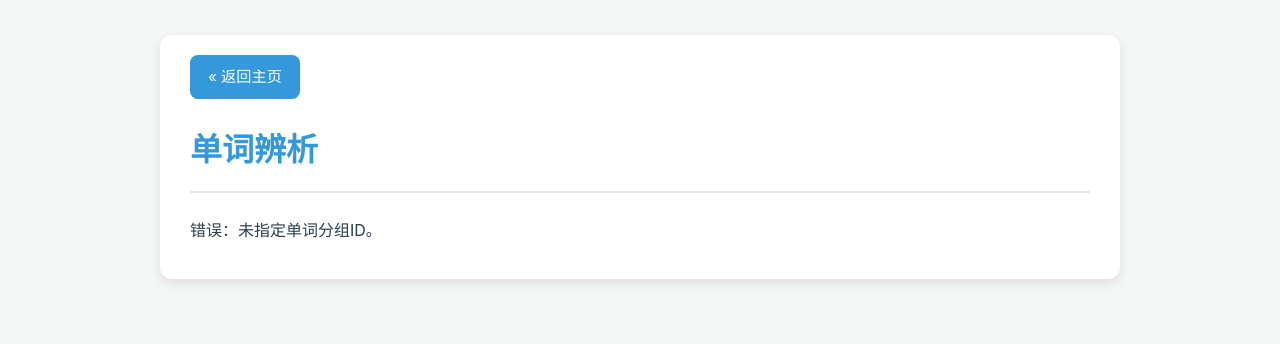
Repository: taiji666/WordLearn
Page: src/templates/discrimination_page.html
The author's editor kept a copy of each file at every save. The page is drawn from the files as they stood at one save, then again after the next save.
The browser window is 1280 px wide. The pictures show the whole page.

Above is the page before, as saved 2025-05-22 15:31:10.

### src/templates/discrimination_page.html
<!DOCTYPE html>
<html lang="zh-CN">
<head>
    <meta charset="UTF-8">
    <meta name="viewport" content="width=device-width, initial-scale=1.0">
    <title>单词辨析</title>
    <link rel="stylesheet" href="static/style.css"> <style>
        /* 引入更通用的字体，并设置基础字体大小 */
        body {
            font-family: -apple-system, BlinkMacSystemFont, "Segoe UI", Roboto, "Helvetica Neue", Arial, "Noto Sans", sans-serif, "Apple Color Emoji", "Segoe UI Emoji", "Segoe UI Symbol", "Noto Color Emoji";
            line-height: 1.6; /* 增加行高以提高可读性 */
            padding: 15px; /* 调整移动端边距 */
            background-color: var(--page-bg, #f4f7f6); /* 添加一个页面背景色变量，如果未定义则使用默认值 */
            color: var(--primary-text, #333); /* 基础文字颜色 */
        }

        .discrimination-container {
            max-width: 900px;
            margin: 20px auto; /* 调整外边距 */
            background-color: var(--container-bg, #fff);
            padding: 20px 30px; /* 调整内边距 */
            border-radius: var(--border-radius-lg, 12px); /* 增加圆角 */
            box-shadow: var(--box-shadow-medium, 0 4px 12px rgba(0,0,0,0.08)); /* 调整阴影使其更柔和 */
        }

        .discrimination-container h1 {
            color: var(--primary-color, #007bff);
            border-bottom: 2px solid var(--border-color, #eee); /* 加粗底部边框 */
            padding-bottom: 15px;
            margin-top: 0; /* 移除h1的默认顶部外边距，使其更贴近容器顶部 */
            margin-bottom: 25px; /* 增加与下方内容的间距 */
            font-size: 2em; /* 调整标题大小 */
        }

        .discrimination-word {
            margin-bottom: 35px; /* 增加单词条目间的间距 */
            padding-bottom: 25px; /* 增加单词条目内的底部内边距 */
            border-bottom: 1px solid var(--light-bg-accent, #e9ecef);
        }

        .discrimination-word:last-child {
            border-bottom: none;
            margin-bottom: 0;
        }

        .discrimination-word h2 {
            font-size: 1.6em; /* 调整二级标题大小 */
            color: var(--accent-color, #fd7e14);
            margin-top: 0; /* 移除默认顶部外边距 */
            margin-bottom: 12px;
        }

        .discrimination-section-title {
            font-weight: 600; /* 稍微加粗 */
            color: var(--primary-text, #2c3e50);
            margin-top: 20px;
            margin-bottom: 8px;
            font-size: 1.15em; /* 调整小节标题大小 */
        }

        .discrimination-content {
            white-space: pre-wrap;
            padding-left: 0; /* 移除左侧内边距，或根据需要调整 */
            color: var(--secondary-text, #555);
            line-height: 1.75; /* 进一步增加内容行高 */
            font-size: 1em; /* 确保内容字体大小适中 */
        }

        /* 针对辨析详情内的项目进行样式调整 */
        .discrimination-details-container .discrimination-detail-item {
            margin-bottom: 8px; /* 增加辨析项目间距 */
            padding: 8px;
            background-color: var(--light-bg, #f8f9fa); /* 为每个辨析项添加一个浅色背景 */
            border-radius: var(--border-radius-sm, 4px);
        }
        .discrimination-details-container .discrimination-detail-item strong {
            color: var(--primary-color, #007bff); /* 使辨析项的key更突出 */
        }
        /* 如果有 <item> 标签，可以为其添加样式 */
        .discrimination-content item, .discrimination-detail-item item {
            display: inline-block;  /* 根据需要调整 */
            padding: 2px 5px;
            background-color: #e9ecef; /* 背景色 */
            margin: 2px; /* 间距 */
            border-radius: 3px;
            color: var(--text-on-accent-bg, #495057); /* 确保 item 文本颜色与背景对比清晰
        }


        .error-message {
            color: var(--danger-color, red); /* 使用变量 */
            font-weight: bold;
            padding: 10px;
            border: 1px solid var(--danger-color-light, #ffdddd);
            background-color: var(--danger-bg-light, #fff5f5);
            border-radius: var(--border-radius-sm, 4px);
        }

        .back-button {
            display: inline-block;
            padding: 10px 18px; /* 调整按钮内边距 */
            background-color: var(--primary-color, #007bff);
            color: white;
            text-decoration: none;
            border-radius: var(--border-radius-md, 6px); /* 调整按钮圆角 */
            margin-bottom: 25px; /* 增加与标题的间距 */
            transition: background-color var(--transition-speed, 0.2s) ease, transform 0.1s ease; /* 添加过渡效果 */
            font-size: 0.95em;
        }

        .back-button:hover {
            background-color: var(--primary-color-darker, #0056b3);
            transform: translateY(-1px); /* 轻微上移效果 */
        }

        /* 响应式设计调整 */
        @media (max-width: 768px) {
            body {
                padding: 10px;
            }
            .discrimination-container {
                padding: 15px 20px; /* 减小容器内边距 */
                margin: 10px auto;
            }
            .discrimination-container h1 {
                font-size: 1.8em; /* 减小标题字体大小 */
                margin-bottom: 20px;
            }
            .discrimination-word h2 {
                font-size: 1.4em; /* 减小二级标题字体大小 */
            }
            .discrimination-section-title {
                font-size: 1.1em;
            }
            .discrimination-content {
                font-size: 0.95em; /* 减小内容字体大小 */
            }
            .back-button {
                padding: 8px 15px;
                font-size: 0.9em;
            }
        }

        @media (max-width: 480px) {
            .discrimination-container {
                padding: 15px;
                border-radius: var(--border-radius-md, 8px); /* 移动端可以减小圆角 */
            }
            .discrimination-container h1 {
                font-size: 1.6em;
            }
            .discrimination-word h2 {
                font-size: 1.3em;
            }
            .discrimination-section-title {
                font-size: 1.05em;
            }
            .discrimination-content {
                font-size: 0.9em;
            }
             /* 使语义分析和辨析中的 item 块在小屏幕上更好堆叠 */
            .discrimination-content .item, .discrimination-detail-item .item {
                display: block; /* 让 item 独占一行，便于阅读 */
                margin-top: 3px;
            }
            .discrimination-details-container .discrimination-detail-item {
                padding: 6px;
            }
        }

    </style>
</head>
<body>
    <div class="discrimination-container">
        <a href="/" class="back-button">&laquo; 返回主页</a>
        <h1 id="discrimination-topic-title">单词辨析</h1>
        <button id="goto-review-btn" class="review-button" style="display: none;">背诵单词</button>
        <div id="discrimination-content-area">
            <p>正在加载辨析数据...</p>
        </div>
    </div>
    <script src="static/discrimination_script.js"></script>
</body>
</html>

### src/static/style.css
/* :root 定义全局 CSS 变量 */
:root {
    --body-bg: #f4f7f6; /* 更柔和的页面背景色 */
    --container-bg: #ffffff;
    --sidebar-bg: #ffffff;
    --card-bg: #ffffff;

    --primary-text: #2c3e50; /* 主要文字颜色，深蓝灰色 */
    --secondary-text: #7f8c8d; /* 次要文字颜色，灰色 */
    --subtle-text: #95a5a6; /* 更浅的提示性文字 */

    --primary-color: #3498db; /* 主色调，清新的蓝色 */
    --primary-color-darker: #2980b9; /* 主色调的深色版，用于hover等 */
    --accent-color: #2ecc71; /* 强调色，绿色，用于单词等 */
    --accent-color-darker: #27ae60; /* 强调色的深色版 */

    --border-color: #e0e6ed; /* 边框颜色 */
    --light-bg-accent: #ecf0f1; /* 浅色背景强调，如词性背景 */

    --sidebar-width: 280px;
    --font-family-sans-serif: -apple-system, BlinkMacSystemFont, "Segoe UI", Roboto, Helvetica, Arial, sans-serif, "Apple Color Emoji", "Segoe UI Emoji", "Segoe UI Symbol";

    --box-shadow-light: 0 1px 3px rgba(0,0,0,0.05);
    --box-shadow-medium: 0 4px 12px rgba(0,0,0,0.1);
    --border-radius-sm: 4px;
    --border-radius-md: 8px;
    --border-radius-lg: 12px;

    --transition-speed: 0.25s;
}

/* --- 基本样式 --- */
body {
    font-family: var(--font-family-sans-serif);
    margin: 0;
    background-color: var(--body-bg);
    color: var(--primary-text);
    line-height: 1.6;
    position: relative;
    overflow-x: hidden;
}

.container {
    width: 100%;
    min-height: 100vh;
}

/* --- 侧边栏切换按钮 (移动端) --- */
#sidebar-toggle {
    display: block;
    position: fixed;
    top: 15px;
    left: 15px;
    z-index: 1001;
    background-color: var(--primary-color);
    color: white;
    border: none;
    padding: 10px 14px;
    font-size: 1.4em;
    cursor: pointer;
    border-radius: var(--border-radius-md);
    box-shadow: var(--box-shadow-medium);
    transition: background-color var(--transition-speed) ease;
    line-height: 1;
}

#sidebar-toggle:hover {
    background-color: var(--primary-color-darker);
}

/* --- 侧边栏 --- */
.sidebar {
    width: var(--sidebar-width);
    background-color: var(--sidebar-bg);
    padding: 25px 20px;
    height: 100vh;
    overflow-y: auto;
    border-right: 1px solid var(--border-color);
    box-sizing: border-box;
    position: fixed;
    left: 0;
    top: 0;
    transform: translateX(-100%);
    transition: transform var(--transition-speed) ease-in-out;
    z-index: 1000;
}

.sidebar.open {
    transform: translateX(0);
    box-shadow: 5px 0 15px rgba(0,0,0,0.1); /* 移动端打开时给一点阴影 */
}

.sidebar h2 {
    margin-top: 0;
    margin-bottom: 20px;
    font-size: 1.5em;
    color: var(--primary-color);
    padding-bottom: 15px;
    border-bottom: 1px solid var(--border-color);
    font-weight: 600;
}

#group-list, .subgroup-list {
    list-style-type: none;
    padding-left: 0;
}

.collection-item {
    margin-bottom: 12px;
}

.collection-title {
    font-weight: 600;
    font-size: 1.15em;
    color: var(--primary-text);
    display: block;
    margin-bottom: 10px;
    padding: 8px 5px;
    border-radius: var(--border-radius-sm);
    transition: background-color var(--transition-speed) ease, color var(--transition-speed) ease;
}

.collection-title.collapsible {
    cursor: pointer;
    user-select: none;
    position: relative;
    padding-left: 2em;
}

.collection-title.collapsible:hover {
    background-color: var(--light-bg-accent);
}

.collection-title.collapsible::before {
    content: '▶';
    position: absolute;
    left: 10px;
    top: 50%;
    transform: translateY(-50%);
    font-size: 0.8em;
    color: var(--primary-color);
    transition: transform var(--transition-speed) ease;
}

.collection-title.collapsible.expanded::before {
    transform: translateY(-50%) rotate(90deg);
}

.subgroup-list {
    display: none;
    padding-left: 15px;
    margin-top: 5px;
    border-left: 2px solid var(--light-bg-accent);
}

.subgroup-list.expanded {
    display: block;
}

.subgroup-item {
    padding: 10px 15px;
    margin-bottom: 6px;
    border-radius: var(--border-radius-sm);
    font-size: 0.95em;
    color: var(--secondary-text);
    transition: background-color var(--transition-speed) ease, color var(--transition-speed) ease, transform var(--transition-speed) ease;
    position: relative;
}
/* 为ID文本（如果用span包裹）提供样式参考 */
/* .subgroup-item .item-id, .collection-title .item-id {
    font-size: 0.8em;
    color: var(--subtle-text);
    margin-left: 8px;
    font-weight: normal;
} */


.subgroup-item.clickable {
    cursor: pointer;
    background-color: transparent;
    color: var(--primary-text);
}

.subgroup-item.clickable:hover {
    background-color: var(--light-bg-accent);
    color: var(--primary-color-darker);
    transform: translateX(3px);
}

.subgroup-item.clickable.active {
    background-color: var(--primary-color);
    color: white;
    font-weight: 600;
    box-shadow: var(--box-shadow-light);
}

.subgroup-item.clickable.active:hover {
    color: white;
    transform: none;
}


.subgroup-item.non-clickable {
    color: var(--subtle-text);
    padding: 8px 15px;
}

/* --- 内容区域 --- */
.content {
    flex-grow: 1;
    padding: 30px;
    padding-top: 80px;
    overflow-y: auto;
    height: 100vh;
    box-sizing: border-box;
    width: 100%;
}

#selected-group-title {
    margin-top: 0;
    margin-bottom: 25px;
    color: var(--primary-text);
    font-size: 1.8em;
    font-weight: 600;
    padding-bottom: 15px;
    border-bottom: 1px solid var(--border-color);
}

/* --- 单词列表和条目样式 --- */
.word-list {
    list-style-type: none;
    padding: 0;
}

.word-item {
    background-color: var(--card-bg);
    border: none;
    padding: 24px 28px;
    margin-bottom: 24px;
    border-radius: var(--border-radius-lg);
    box-shadow: 0 3px 10px rgba(44, 62, 80, 0.08), 0 0 1px rgba(44, 62, 80, 0.05);
    transition: box-shadow var(--transition-speed) ease;
}

.word-item:hover {
    box-shadow: 0 6px 15px rgba(44, 62, 80, 0.1), 0 0 1px rgba(44, 62, 80, 0.07);
}

.word-header-container {
    cursor: pointer;
    display: flex;
    align-items: baseline;
    margin-bottom: 16px;
}

.word-header-container .english-word {
    font-size: 2em;
    color: var(--primary-text);
    font-weight: 700;
    line-height: 1.2;
    transition: color var(--transition-speed) ease;
}

.word-header-container .english-word.hidden {
    display: none;
}

.word-header-container .reveal-word-prompt {
    font-size: 0.8em;
    color: var(--primary-color);
    text-decoration: none;
    margin-left: 12px;
    background-color: transparent;
    padding: 4px 10px;
    border: 1px solid var(--primary-color);
    border-radius: var(--border-radius-sm);
    transition: background-color var(--transition-speed) ease, color var(--transition-speed) ease;
    font-weight: 500;
    white-space: nowrap;
}

.word-header-container:hover .reveal-word-prompt {
    background-color: var(--primary-color);
    color: white;
}

.word-item p.part-of-speech {
    margin-top: 0;
    margin-bottom: 20px;
    color: var(--secondary-text);
    font-style: italic;
    background-color: var(--light-bg-accent);
    padding: 5px 12px;
    border-radius: var(--border-radius-md);
    display: inline-block;
    font-size: 0.9em;
    font-weight: 500;
}

.word-item .senses-list {
    padding-left: 0;
    margin-top: 0;
    list-style-type: none;
    counter-reset: sense-counter;
}

.word-item .senses-list li {
    padding: 16px 0 16px 3em;
    margin-bottom: 0;
    line-height: 2.7;
    position: relative;
    border-bottom: 1px solid var(--border-color);
    color: var(--primary-text);
    /* font-size: 1.5em; */
}

.word-item .senses-list li:first-child {
    padding-top: 12px;
}
.word-item .senses-list li:last-child {
    border-bottom: none;
    padding-bottom: 0;
}

.word-item .senses-list li::before {
    counter-increment: sense-counter;
    content: counter(sense-counter) ".";
    position: absolute;
    left: 0;
    top: 16px;
    font-weight: 600;
    color: var(--primary-color);
    font-size: 1em;
    width: 2.2em;
    text-align: right;
    padding-right: 0.8em;
}


.word-item .senses-list li strong {
    display: block;
    font-size: 1.8em;
    color: var(--accent-color);
    font-weight: 600;
    margin-bottom: 8px;
    line-height: 1.4;
}
.word-item .senses-list li definition {
    display: block;
    font-size: 1.7em;
    /* color: var(--accent-color); */
    font-weight: 500;
    margin-bottom: 8px;
    line-height: 1.8;
}

#word-display-area > p {
    color: var(--secondary-text);
    font-style: normal;
    padding: 30px;
    background-color: var(--container-bg);
    border-radius: var(--border-radius-md);
    text-align: center;
    border: 1px dashed var(--border-color);
    margin-top: 20px;
    font-size: 1em;
}


/* 新增：单词辨析按钮样式 */
.discrimination-button {
    background-color: var(--accent-color);
    color: white;
    border: none;
    padding: 10px 18px;
    font-size: 0.95em;
    font-weight: 500;
    border-radius: var(--border-radius-md);
    cursor: pointer;
    transition: background-color var(--transition-speed) ease;
    margin-bottom: 20px; /* 与下方单词列表的间距 */
    display: inline-block; /* 确保 margin-bottom 生效 */
}

.discrimination-button:hover {
    background-color: var(--accent-color-darker);
}
/* --- 响应式设计 (桌面端) --- */
@media (min-width: 768px) {
    #sidebar-toggle {
        display: none;
    }

    .container {
        display: flex;
    }

    .sidebar {
        position: static;
        transform: translateX(0);
        height: 100vh;
        box-shadow: 2px 0 10px rgba(0,0,0,0.05); /* 桌面端侧边栏固定阴影 */
        transition: none; /* 移除移动端的 transform 过渡 */
    }
    /* .sidebar.open 的特定移动端阴影在桌面端不再适用，由上面的 .sidebar 样式覆盖 */

    .content {
        padding-top: 30px;
    }
}

/* --- 自定义滚动条 (可选, WebKit内核浏览器) --- */
::-webkit-scrollbar {
    width: 8px;
    height: 8px;
}
::-webkit-scrollbar-track {
    background: var(--light-bg-accent);
    border-radius: 10px;
}
::-webkit-scrollbar-thumb {
    background: #c1c1c1;
    border-radius: 10px;
}
::-webkit-scrollbar-thumb:hover {
    background: #a8a8a8;
}

### src/static/discrimination_script.js
document.addEventListener('DOMContentLoaded', () => {
    const topicTitleElement = document.getElementById('discrimination-topic-title');
    const contentAreaElement = document.getElementById('discrimination-content-area');

    // 1. 从 URL 获取 topicId
    const urlParams = new URLSearchParams(window.location.search);
    const topicId = urlParams.get('topicId');
    console.log('topicId:', topicId); // 调试用，确保获取到了正确的 topicId
    if (!topicId) {
        contentAreaElement.innerHTML = '<p class="error-message">错误：未指定单词分组ID。</p>';
        return;
    }

    // 2. 加载辨析 JSON 数据
    fetch('static/vocabulary_discrimination_data.json') // 确保路径正确
        .then(response => {
            if (!response.ok) {
                throw new Error(`HTTP error! status: ${response.status}`);
            }
            return response.json();
        })
        .then(data => {
            if (!data || !data.vocabulary_collection) {
                throw new Error('辨析数据格式不正确。');
            }

            // 3. 查找对应的辨析数据
            // 假设 topicId (来自主页的 subGroup.id) 是辨析数据中 "topic" 字段的前缀, e.g., "1-1-1" for "1-1-1 人类"
            // const discriminationData = data.vocabulary_collection.find(item =>
            //     item.topic && item.topic.startsWith(topicId)
            // );
              // **重点修改**：增加对 item 和 item.topic 的检查
            const discriminationData = data.vocabulary_collection.find(item => {
                // 确保 item 存在，item.topic 是字符串，然后再调用 startsWith
                return item && typeof item.topic === 'string' && item.topic.startsWith(topicId);
            });
            console.log('discriminationData:', discriminationData); // 调试用，确保找到了正确的数据

            if (discriminationData) {
                topicTitleElement.textContent = `单词辨析: ${discriminationData.topic}`;
                renderDiscriminationData(discriminationData.words.words, contentAreaElement);
            } else {
                contentAreaElement.innerHTML = `<p>未找到ID为 "${topicId}" 的单词分组的辨析信息。</p>`;
                topicTitleElement.textContent = `单词辨析: ${topicId} (未找到)`;
            }
        })
        .catch(error => {
            console.error('加载或处理辨析数据失败:', error);
            contentAreaElement.innerHTML = `<p class="error-message">加载辨析数据失败: ${error.message}</p>`;
        });
});

function renderDiscriminationData(wordsArray, container) {
    container.innerHTML = ''; // 清空加载提示

    if (!wordsArray || wordsArray.length === 0) {
        container.innerHTML = '<p>此主题下暂无单词辨析信息。</p>';
        return;
    }

    wordsArray.forEach(wordData => {
        const wordDiv = document.createElement('div');
        wordDiv.className = 'discrimination-word';

        let htmlContent = `<h2>${wordData.word}</h2>`;
        htmlContent += `<p><span class="discrimination-section-title">主要释义:</span> <span class="discrimination-content">${wordData['主要释义']}</span></p>`; // 使用方括号访问含中文的键

        if (wordData['全面释义'] && wordData['全面释义'].length > 0) {
            htmlContent += `<p class="discrimination-section-title">全面释义:</p><ul class="discrimination-content">`;
            wordData['全面释义'].forEach(s => { htmlContent += `<li>${s}</li>`; });
            htmlContent += `</ul>`;
        }

        htmlContent += `<p class="discrimination-section-title">通俗描述:</p><p class="discrimination-content">${wordData['通俗描述']}</p>`;

        if (wordData['语义分析']) {
            htmlContent += `<p class="discrimination-section-title">语义分析:</p>`;
            htmlContent += `<div class="discrimination-content"><strong>核心意义:</strong> <item>${wordData['语义分析']['核心意义']} </item><br>`;
            htmlContent += `<strong>语境延展:</strong>  <item>${wordData['语义分析']['语境延展']} </item><br>`;
            htmlContent += `<strong>核心意义的体现:</strong>  <item>${wordData['语义分析']['核心意义的体现']} </item></div>`;
        }
         const BIANXI_KNOWN_KEYS = [
          "感情色彩", "词义的细微差别", "使用语境/场合", "语法功能和用法",
          "搭配关系", "词语的强度", "正式程度/语体风格", "具体含义vs.抽象含义",
          "具体指代或强调的侧重点"
        ];
        if (wordData['辨析'] && typeof wordData['辨析'] === 'string') {
        htmlContent += `<p class="discrimination-section-title">辨析:</p>`;
        const discriminationText = wordData['辨析'];
        htmlContent += `<div class="discrimination-content discrimination-details-container">`;

        for (let i = 0; i < BIANXI_KNOWN_KEYS.length; i++) {
            const currentKey = BIANXI_KNOWN_KEYS[i];
            const searchPattern = currentKey + ":"; // 例如："感情色彩:"

            const currentKeyPatternIndex = discriminationText.indexOf(searchPattern);

            if (currentKeyPatternIndex !== -1) {
                // 值从 "currentKey:" 之后开始
                const valueStartIndex = currentKeyPatternIndex + searchPattern.length;
                let valueEndIndex = discriminationText.length; // 默认值的结束位置是整个辨析文本的末尾

                // 寻找下一个已知键在文本中的起始位置，以确定当前键的值的结束边界
                // 遍历所有已知的键，找到在当前键之后出现、并且位置最早的那一个
                for (let j = 0; j < BIANXI_KNOWN_KEYS.length; j++) {
                    // if (j === i) continue; // 不需要跳过当前键，因为我们要找的是文本中实际出现的下一个键模式

                    const potentialTerminatingKey = BIANXI_KNOWN_KEYS[j];
                    const terminatorPattern = potentialTerminatingKey + ":";

                    // 搜索这个结束符模式在文本中的位置
                    // 必须确保这个结束符模式是在当前键模式之后出现的
                    const terminatorIndexInText = discriminationText.indexOf(terminatorPattern, currentKeyPatternIndex + 1);


                    if (terminatorIndexInText !== -1 && terminatorIndexInText > currentKeyPatternIndex) {
                            // 如果找到了一个在当前键模式之后出现的结束符，
                            //并且这个结束符比之前记录的 valueEndIndex 更早，则更新 valueEndIndex
                        if (terminatorIndexInText < valueEndIndex) {
                            valueEndIndex = terminatorIndexInText;
                        }
                    }
                }

                const value = discriminationText.substring(valueStartIndex, valueEndIndex).trim();

                if (value) { // 仅当提取到的值不为空时才显示
                    htmlContent += `<p class="discrimination-detail-item"><strong>${currentKey}:</strong>  <item>${value}</item></p>`;
                }
            }
        }
        htmlContent += `</div>`; // 关闭 discrimination-details-container
        } else if (wordData['辨析']) {
            htmlContent += `<p class="discrimination-section-title">辨析:</p><p class="discrimination-content">${String(wordData['辨析'])}</p>`;
        }
        // htmlContent += `<p class="discrimination-section-title">辨析:</p><p class="discrimination-content">${wordData['辨析']}</p>`;

        wordDiv.innerHTML = htmlContent;
        container.appendChild(wordDiv);
    });
}

After the next save:
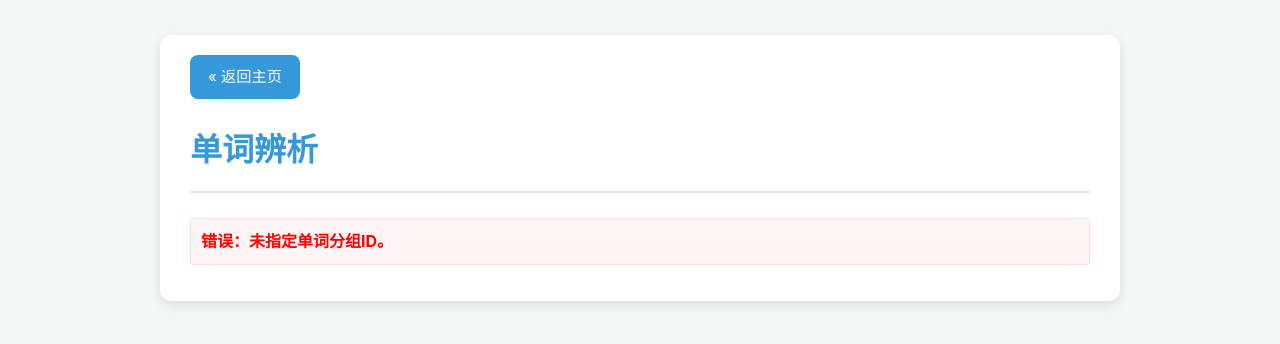
Saved 5 min 43 s later.
--- a/src/templates/discrimination_page.html
+++ b/src/templates/discrimination_page.html
@@ -83,7 +83,7 @@
             background-color: #e9ecef; /* 背景色 */
             margin: 2px; /* 间距 */
             border-radius: 3px;
-            color: var(--text-on-accent-bg, #495057); /* 确保 item 文本颜色与背景对比清晰
+            color: var(--text-on-accent-bg, #495057); /* 确保 item 文本颜色与背景对比清晰 */
         }
 
 
@@ -96,7 +96,7 @@
             border-radius: var(--border-radius-sm, 4px);
         }
 
-        .back-button {
+        .back-button, .review-button { /* Apply similar styling to review button */
             display: inline-block;
             padding: 10px 18px; /* 调整按钮内边距 */
             background-color: var(--primary-color, #007bff);
@@ -106,12 +106,61 @@
             margin-bottom: 25px; /* 增加与标题的间距 */
             transition: background-color var(--transition-speed, 0.2s) ease, transform 0.1s ease; /* 添加过渡效果 */
             font-size: 0.95em;
-        }
-
-        .back-button:hover {
+            border: none; /* Ensure button style consistency */
+            cursor: pointer;
+        }
+        .review-button {
+             margin-left: 10px; /* Add some space next to back button if they are on the same line */
+        }
+
+        .back-button:hover, .review-button:hover {
             background-color: var(--primary-color-darker, #0056b3);
             transform: translateY(-1px); /* 轻微上移效果 */
         }
+
+        /* --- 背诵模式 CSS 开始 --- */
+        .word-title-review.hidden-word {
+            background-color: var(--light-bg-accent, #e9ecef);
+            color: transparent; /* 隐藏文字颜色 */
+            padding: 5px 10px;
+            border-radius: var(--border-radius-sm, 4px);
+            cursor: pointer;
+            user-select: none; /* 防止意外选中文本 */
+            position: relative;
+            min-height: 1.5em; /* 确保有高度 */
+            display: inline-block; /* 或者 block，根据h2原有样式 */
+        }
+        .word-title-review.hidden-word::before {
+            content: "点击显示单词";
+            color: var(--primary-text, #333); /* 提示文字颜色 */
+            position: absolute;
+            left: 50%;
+            top: 50%;
+            transform: translate(-50%, -50%);
+            font-size: 0.8em; /* 调整提示文字大小 */
+        }
+
+        /* 可折叠区域的标题 */
+        .discrimination-section-title.collapsible-toggle {
+            cursor: pointer;
+            user-select: none;
+        }
+        .discrimination-section-title.collapsible-toggle::before {
+            content: '▶ '; /* 折叠状态指示符 */
+            font-size: 0.9em;
+            margin-right: 4px;
+        }
+        /* 展开状态下的标题指示符 */
+        .review-collapsible-section:not(.collapsed) > .discrimination-section-title.collapsible-toggle::before {
+            content: '▼ ';
+        }
+
+        /* 折叠内容：选择 review-collapsible-section 下除了标题之外的所有直接子元素 */
+        .review-collapsible-section.collapsed > *:not(.discrimination-section-title) {
+            display: none;
+        }
+        /* --- 背诵模式 CSS 结束 --- */
+
 
         /* 响应式设计调整 */
         @media (max-width: 768px) {
@@ -135,7 +184,7 @@
             .discrimination-content {
                 font-size: 0.95em; /* 减小内容字体大小 */
             }
-            .back-button {
+            .back-button, .review-button {
                 padding: 8px 15px;
                 font-size: 0.9em;
             }
@@ -159,7 +208,7 @@
                 font-size: 0.9em;
             }
              /* 使语义分析和辨析中的 item 块在小屏幕上更好堆叠 */
-            .discrimination-content .item, .discrimination-detail-item .item {
+            .discrimination-content item, .discrimination-detail-item item { /* 修正：使用标签选择器 */
                 display: block; /* 让 item 独占一行，便于阅读 */
                 margin-top: 3px;
             }
@@ -173,8 +222,8 @@
 <body>
     <div class="discrimination-container">
         <a href="/" class="back-button">&laquo; 返回主页</a>
+        <button id="goto-review-btn" class="review-button" style="display: none;">背诵单词</button>
         <h1 id="discrimination-topic-title">单词辨析</h1>
-        <button id="goto-review-btn" class="review-button" style="display: none;">背诵单词</button>
         <div id="discrimination-content-area">
             <p>正在加载辨析数据...</p>
         </div>
